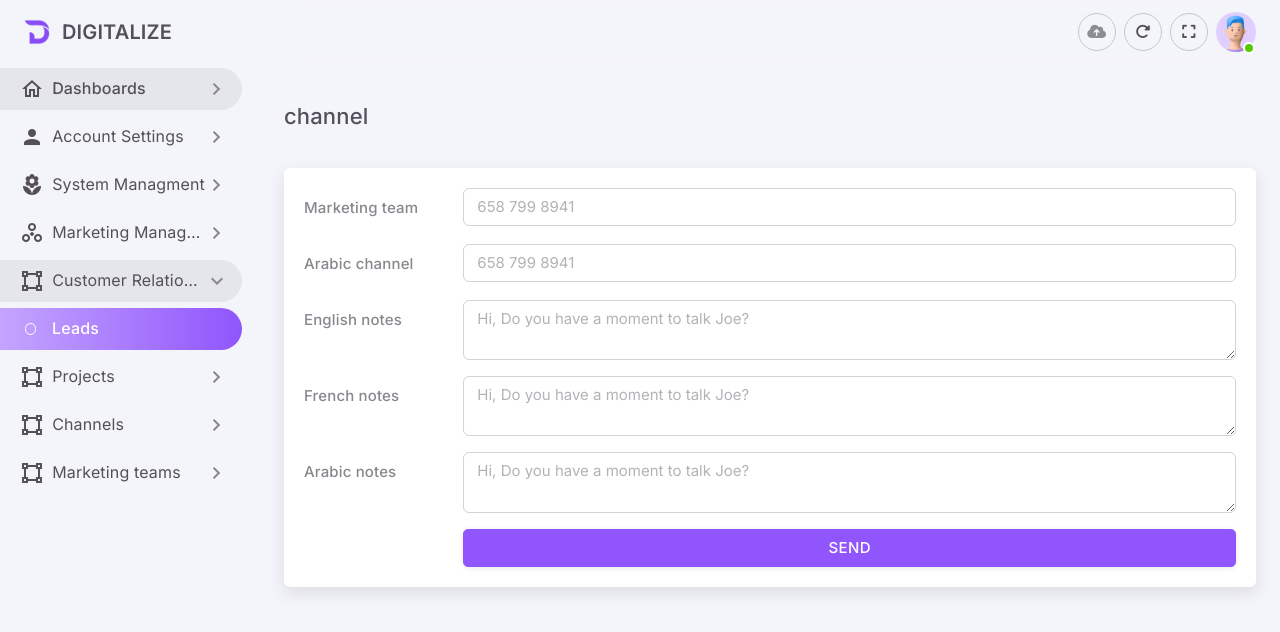
Repository: FadyFathey/sales-crm
Page: html/add-markting-team.html
An editor plug-in stored every save of this project. The page is shown before and after the next save, followed by the edit.
The browser window is 1280 px wide. The pictures show the whole page.
Some icons come from a web library that is not loaded, so they are not drawn. Some web libraries are served in a nearby version.

Above is the page before, as saved 2024-10-10 16:44:23.
Console error: ReferenceError: d3 is not defined

After the next save:
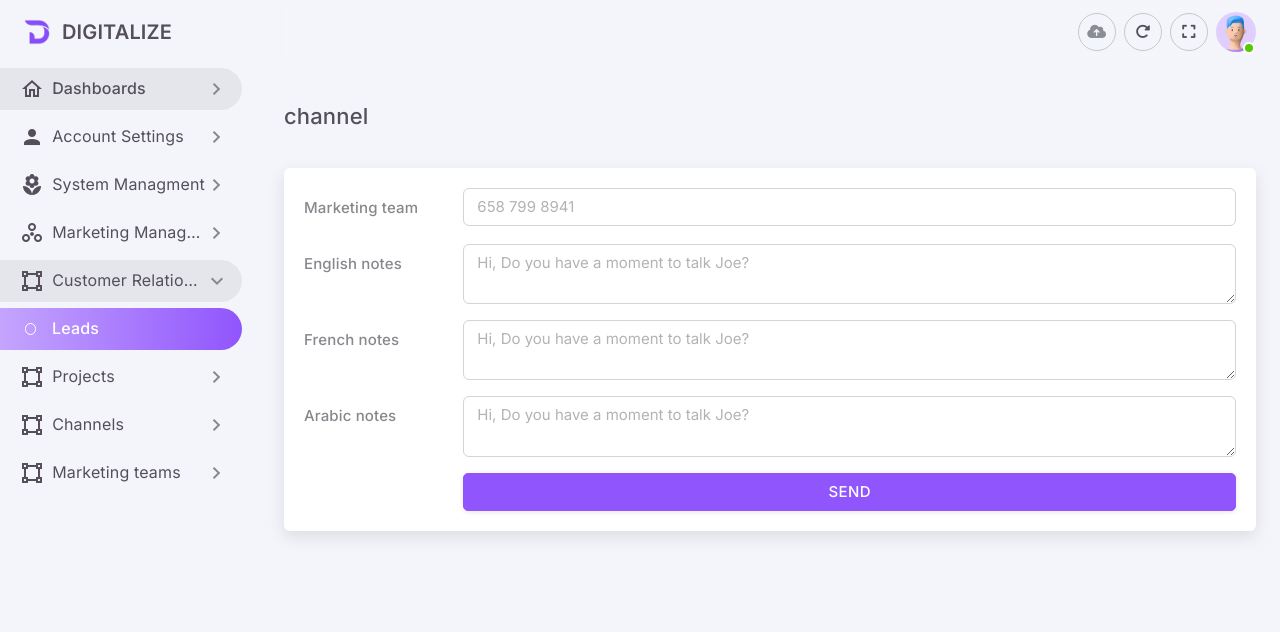
Saved 8 s later.
--- a/html/add-markting-team.html
+++ b/html/add-markting-team.html
@@ -369,16 +369,7 @@
                                                         aria-describedby="basic-default-phone" />
                                                 </div>
                                             </div>
-                                            <div class="row mb-3">
-                                                <label class="col-sm-2 col-form-label" for="basic-default-phone">
-                                                    Arabic channel</label>
-                                                <div class="col-sm-10">
-                                                    <input type="text" id="basic-default-phone"
-                                                        class="form-control phone-mask" placeholder="658 799 8941"
-                                                        aria-label="658 799 8941"
-                                                        aria-describedby="basic-default-phone" />
-                                                </div>
-                                            </div>
+
                                             <div class="row mb-3">
                                                 <label class="col-sm-2 col-form-label"
                                                     for="basic-default-message">English notes</label>
